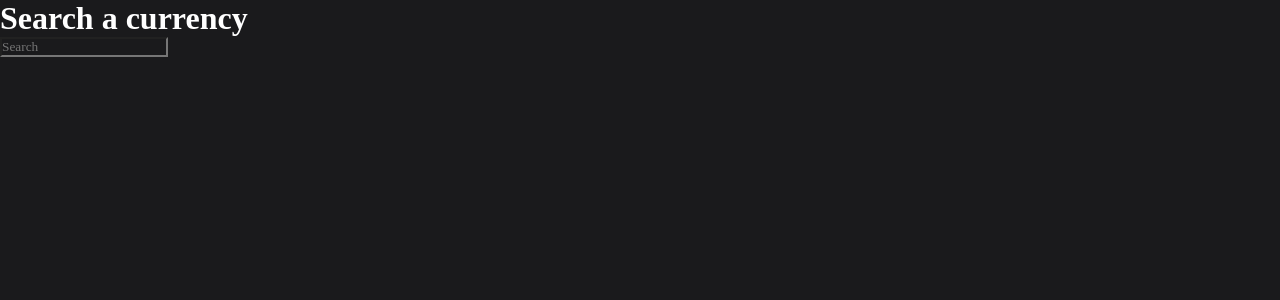
Repository: adder206/react-api-crypto-tracker
Page: /
The author's editor kept a copy of each file at every save. The page is drawn from the files as they stood at one save, then again after the next save.
The browser window is 1280 px wide. The pictures show the whole page.
The page's requests for data from a server got no answer. The project was rebuilt for these pictures with package versions that can differ from the ones it lists, and the page was loaded fresh each time. No one was signed in, and anything a server would have sent is missing. Also part of the build but not shown: src/Coin.js, src/Coin.css.

Above is the page before, as saved 2021-03-12 10:46:08.

After the next save:
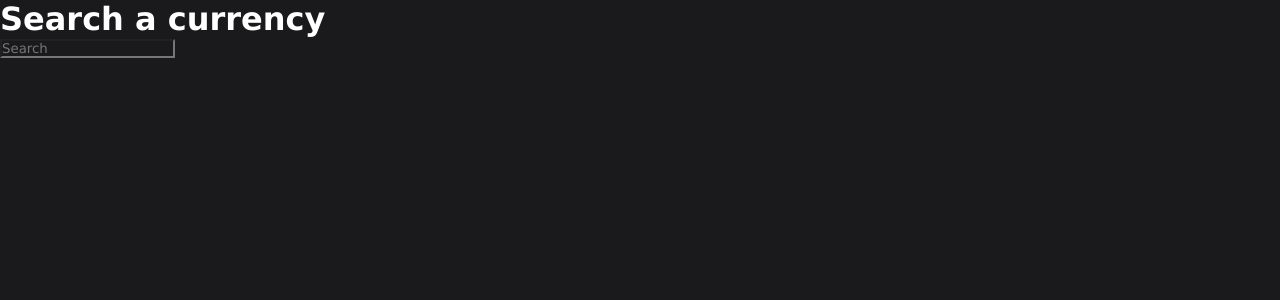
Saved 44 s later.
--- a/src/App.css
+++ b/src/App.css
@@ -2,7 +2,7 @@
   box-sizing: border-box;
   margin: 0;
   padding: 0;
-  font-family: fantasy;
+  font-family: Verdana, Geneva, Tahoma, sans-serif;
   background-color: #1a1a1c;
   color:#fff;
 }
